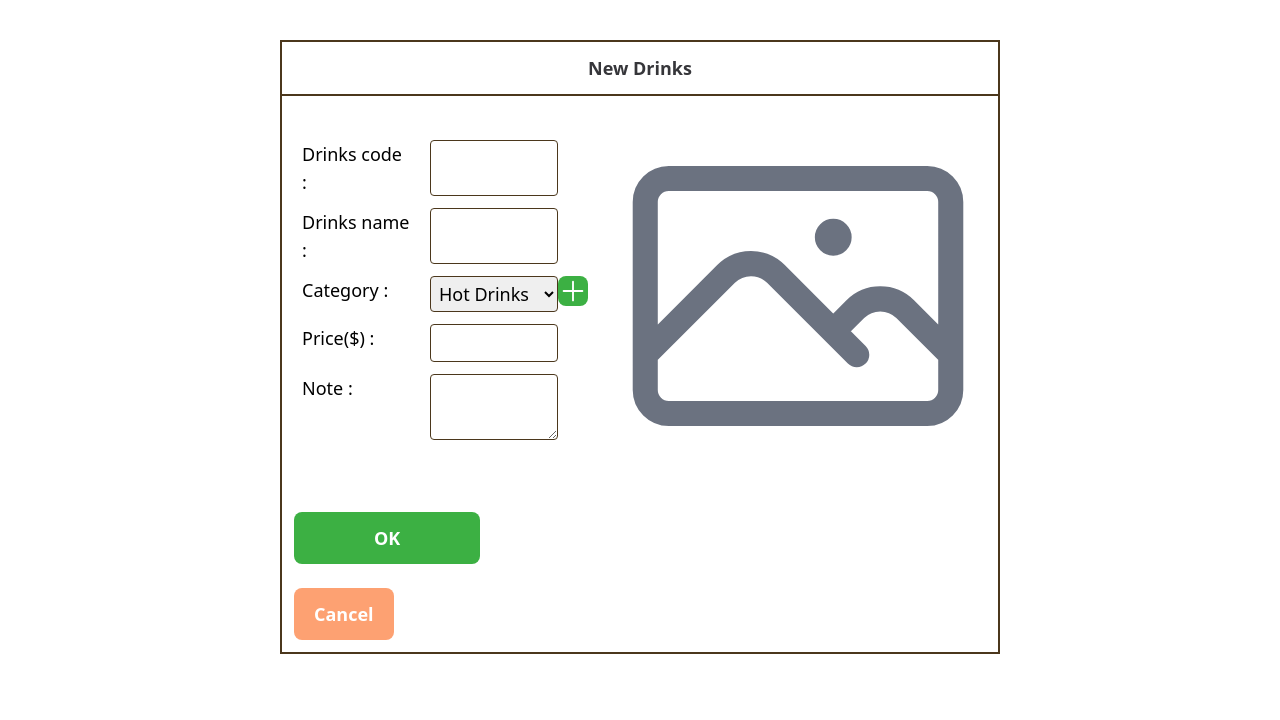
Repository: Dapravith/Midterm-SE-GIC-Cafe-Project-Group16
Page: bin/main/templates/addDrink.html
An editor plug-in stored every save of this project. The page is shown before and after the next save, followed by the edit.
The browser window is 1280 px wide. The pictures show the whole page.
Some web libraries are served in a nearby version.

Above is the page before, as saved 2023-05-17 08:41:06.

### bin/main/templates/addDrink.html
<!DOCTYPE html>
<html lang="en">

<head>
    <meta charset="UTF-8">
    <meta http-equiv="X-UA-Compatible" content="IE=edge">
    <meta name="viewport" content="width=device-width, initial-scale=1.0">
    <title>Add New Drink</title>
    <script src="https://cdn.tailwindcss.com"></script>
    <style>
        * {
            margin: 0;
            padding: 0;
            box-sizing: border-box;
        }

        button:hover {
            box-shadow: 0 14px 15px 0 rgba(36, 149, 198, 0.921), 0 17px 60px 0 rgba(90, 81, 81, 0.19);
        }

        .text-center {
            color: rgb(54, 54, 58);
            justify-content: center;
            font-weight: bold;
        }
    </style>
</head>

<body class="m-10 text-lg">
    <!-- CRUD PRODUCTS -->
    <div class="new_drink w-[60%] h-fit m-auto  border-[2px] border-solid border-[#4B371C] ">
        <div class="p-3 head">
            <h2 class="text-center">New Drinks</h2>
        </div>
        <div class="w-[100%] border-[1px] border-solid border-[#4B371C]"></div>
        <div class="flex">
            <div class="add_drink w-[60%]">
                <div class="py-3 ">
                    <form action="#" class="p-5 ">
                        <div class="grid grid-cols-2 mt-3">
                            <label class="mr-5" for="dcode">Drinks code :</label>
                            <input type="text" id="dcode" name="" class="p-1 border-[1px] border-solid border-[#4B371C] rounded" placeholder="">
                        </div>
                        <div class="grid grid-cols-2 mt-3">
                            <label class="mr-5" for="dname">Drinks name :</label>
                            <input type="text" id="dname" name="" class="p-1 border-[1px] border-solid border-[#4B371C] rounded" placeholder="">
                        </div>
                        <div class="grid grid-cols-2 mt-3">
                            <label class="mr-5" for="category">Category :</label>
                            <div class="flex justify-between">
                                <select type="add-item" id="category" name="" class="p-1 border-[1px] border-solid border-[#4B371C] rounded" placeholder="">
                                    <option value="1">Hot Drinks</option >
                                    <option value="2" >Cool Drinks</option >
                                    <option value="3" >Frappe</option >
                                    <option value="4" >Milk Tea</option >
                                </select>
                                <button id="add_category" class=" w-fit h-fit bg-[#3CB043] text-center text-white font-bold cursor-pointer duration-100 rounded-lg">
                                    <svg xmlns="http://www.w3.org/2000/svg" fill="none" viewBox="0 0 24 24" stroke-width="1.5" stroke="currentColor" class="w-[30px] h-[30px] " onclick="showPopup()">
                                        <path stroke-linecap="round" stroke-linejoin="round" d="M12 4.5v15m7.5-7.5h-15" />
                                    </svg>
                                </button>

                            </div>

                        </div>

                        <div class="grid grid-cols-2 mt-3">
                            <label class="mr-5" for="price">Price($) :</label>
                            <input name="" min="0" type="number" id="price" class="p-1 border-[1px] border-solid border-[#4B371C] rounded" placeholder="">
                        </div>
                        <div class="grid grid-cols-2 mt-3">
                            <label class="mr-5" for="note">Note :</label>
                            <textarea id="note" cols="50" rows="2" name="" class="p-1 w-full border-[1px] border-solid border-[#4B371C] rounded resize-x"> </textarea>
                        </div>
                    </form>
                </div>
                <br />
                <div>
                    <button class=" py-3 bg-[#3CB043] text-center text-white font-bold px-20 m-3 inline-block cursor-pointer duration-100 rounded-lg">OK</button>
                    <button class=" py-3 px-5 bg-[#FDA172] text-center text-white  font-bold p-3 m-3 inline-block cursor-pointer duration-100 rounded-lg">Cancel</button>
                </div>
            </div>
            <!-- images -->
            <div class="ml-5 img">
                <form action="#">
                    <input id="file-input" type="file" name="file" hidden accept="image/*">
                    <label for="file-input" class="cursor-pointer">
                        <div id="image-preview" class="w-[400px] h-fit p-3 border-[#4B371C]">
                            <svg xmlns="http://www.w3.org/2000/svg" fill="none" viewBox="0 0 24 24" stroke-width="1.6" stroke="currentColor" class="w-full h-full text-gray-500">
                                <path stroke-linecap="round" stroke-linejoin="round" d="M2.25 15.75l5.159-5.159a2.25 2.25 0 013.182 0l5.159 5.159m-1.5-1.5l1.409-1.409a2.25 2.25 0 013.182 0l2.909 2.909m-18 3.75h16.5a1.5 1.5 0 001.5-1.5V6a1.5 1.5 0 00-1.5-1.5H3.75A1.5 1.5 0 002.25 6v12a1.5 1.5 0 001.5 1.5zm10.5-11.25h.008v.008h-.008V8.25zm.375 0a.375.375 0 11-.75 0 .375.375 0 01.75 0z" />
                            </svg>
                        </div>
                    </label>
                </form>
            </div>
        </div>
    </div>
    </div>
    </div>
    </div>
    <!-- ADD NEW CATEGORY -->
    <div class="popup w-[100vw] h-[100vh] absolute top-[0] left-[0] bg-[#f1f1f199] hidden z-[100]">
        <main class="w-[20rem] absolute top-[50%] left-[50%] translate-x-[-50%] translate-y-[-50%]">
            <div class="none w-full h-fit m-auto  border-[2px] border-solid border-[#4B371C]">
                <div class="p-3 head">
                    <h2 class="text-center">New Category</h2>
                </div>
                <div class="w-[100%] border-[1px] border-solid border-[#4B371C]"></div>
                <div class="">
                    <form action="#" class="p-3 add_category">
                        <div class="grid grid-cols-2 mt-3">
                            <label for="gcode">Category code :</label>
                            <input type="text" id="dcode" name="" class="category_code border-[1px] border-solid border-[#4B371C] rounded" placeholder="" required>
                        </div>
                        <div class="grid grid-cols-2 mt-3">
                            <label for="gname">Category name :</label>
                            <input type="text" id="gname" name="" class="category_name border-[1px] border-solid border-[#4B371C] rounded" placeholder="" required>
                        </div>
                        <br />
                        <div class="flex">
                            <input id="okay" type="submit" value="OK" class=" py-3 bg-[#3CB043] text-center font-bold text-white px-16 in m-3 p-3 line-block cursor-pointer duration-100 rounded-lg">
                            <button class="cancel py-3 px-5 bg-[#FDA172] text-center font-bold text-white p-3 m-3 inline-block cursor-pointer duration-100 rounded-lg">Cancel</button>
                        </div>
                    </form>
                </div>
            </div>
        </main>

    </div>
    <script>
        const addNewCat = document.getElementById("add_category");
        const popup = document.querySelector(".popup");
        const form_add_category = document.querySelector(".add_category");
        const imagePreview = document.getElementById("image-preview");
        const fileInput = document.getElementById("file-input");

        addNewCat.addEventListener("click", showPopup);

        function showPopup() {
            popup.classList.remove("hidden");
        }

        form_add_category.addEventListener("submit", () => {
            clear();
            popup.classList.add("hidden");
        });

        document.querySelector(".cancel").addEventListener("click", () => {
            clear();
            popup.classList.add("hidden");
        });

        popup.addEventListener("click", (e) => {
            const target = e.target;

            if (target.classList.contains("popup")) {
                clear();
                popup.classList.add("hidden");
            }
        });

        function readImage(input) {
            if (input.files && input.files[0]) {
                const reader = new FileReader();

                reader.onload = function(e) {
                    const fileName = input.files[0].name;

                    imagePreview.innerHTML = `
                  <div class="image-container">
                    <img src="${e.target.result}" alt="Category Image">
                    <p class="image-name">${fileName}</p>
                    <button class="flex inline-flex items-center px-4 py-2 text-sm font-medium text-white bg-red-700 rounded-md item-center hover:bg-red-900">
                        <svg xmlns="http://www.w3.org/2000/svg" class="w-5 h-5 mr-2" fill="none" viewBox="0 0 24 24" stroke="currentColor">
                          <path stroke-linecap="round" stroke-linejoin="round" stroke-width="2" d="M19 7l-.867 12.142A2 2 0 0116.138 21H7.862a2 2 0 01-1.995-1.858L5 7m5 4v6m4-6v6m1-10V4a1 1 0 00-1-1h-4a1 1 0 00-1 1v3M4 7h16" />
                        </svg>

                        Delete
                      </button>
                  </div>
                `;

                    const deleteButton = imagePreview.querySelector(".delete-image");
                    deleteButton.addEventListener("click", () => {
                        clearImagePreview();
                    });
                };

                reader.readAsDataURL(input.files[0]);
            }
        }



        fileInput.addEventListener("change", function() {
            readImage(this);
        });

        function clear() {
            document.getElementById("dcode").value = "";
            document.getElementById("gname").value = "";
            fileInput.value = "";
            clearImagePreview();
        }

        function clearImagePreview() {
            const imageContainer = document.querySelector(".image-container");
            if (imageContainer) {
                imageContainer.remove();
            }
        }
    </script>
</body>

</html>

After the next save:
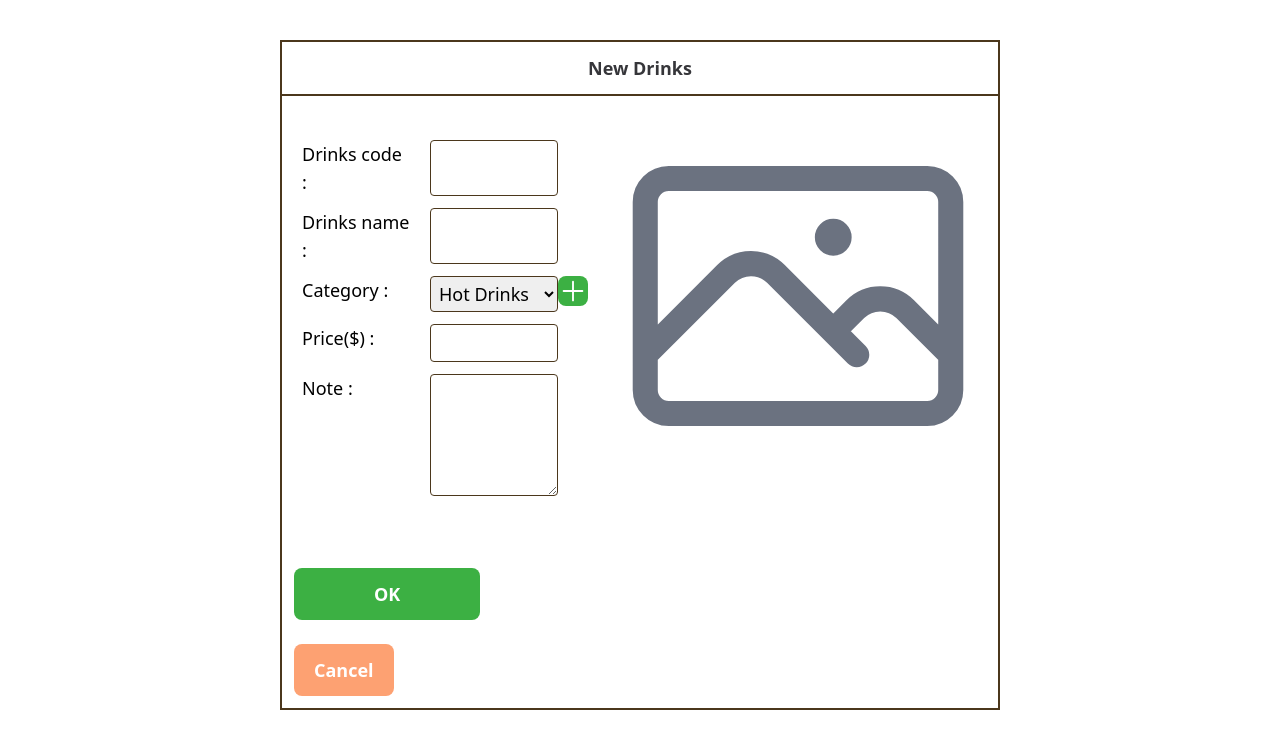
Saved 10 s later.
--- a/bin/main/templates/addDrink.html
+++ b/bin/main/templates/addDrink.html
@@ -70,7 +70,7 @@
                         </div>
                         <div class="grid grid-cols-2 mt-3">
                             <label class="mr-5" for="note">Note :</label>
-                            <textarea id="note" cols="50" rows="2" name="" class="p-1 w-full border-[1px] border-solid border-[#4B371C] rounded resize-x"> </textarea>
+                            <textarea id="note" cols="50" rows="4" name="" class="p-1 w-full border-[1px] border-solid border-[#4B371C] rounded resize-x"> </textarea>
                         </div>
                     </form>
                 </div>
